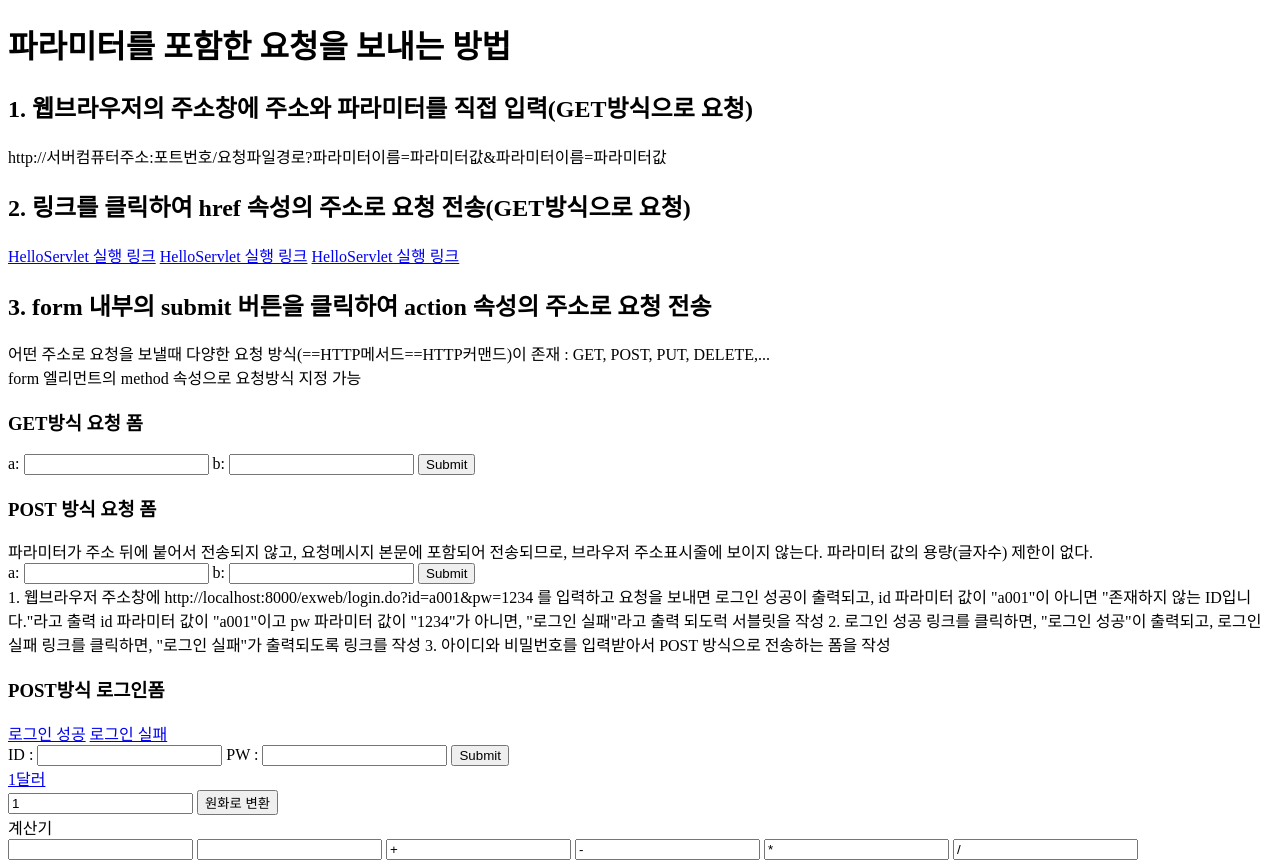
Repository: gywjd848/jeongblog
Page: workspace/exweb/WebContent/param.html
An editor plug-in stored every save of this project. The page is shown before and after the next save, followed by the edit.
The browser window is 1280 px wide. The pictures show the whole page.

Above is the page before, as saved 2020-05-15 07:49:28.

### workspace/exweb/WebContent/param.html
<!DOCTYPE html>
<html>
<head>
<meta charset="UTF-8">
<title>파라미터 테스트</title>
</head>
<body>
	<h1>파라미터를 포함한 요청을 보내는 방법</h1>
	<h2>1. 웹브라우저의 주소창에 주소와 파라미터를 직접 입력(GET방식으로 요청)</h2>
	<div>http://서버컴퓨터주소:포트번호/요청파일경로?파라미터이름=파라미터값&파라미터이름=파라미터값</div>
	<h2>2. 링크를 클릭하여 href 속성의 주소로 요청 전송(GET방식으로 요청)</h2>
	<div>
		<a href="http://localhost:8000/exweb/hello.do?a=hello&b=포로리">HelloServlet 실행 링크</a>
		<a href="/exweb/hello.do?a=hello&b=포로리">HelloServlet 실행 링크</a>
		<a href="hello.do?a=hello&b=포로리">HelloServlet 실행 링크</a>
	</div>
	<h2>3. form 내부의 submit 버튼을 클릭하여 action 속성의 주소로 요청 전송</h2>
	<div>어떤 주소로 요청을 보낼때  다양한 요청 방식(==HTTP메서드==HTTP커맨드)이 존재 : GET, POST, PUT, DELETE,...</div>
	<div>form 엘리먼트의 method 속성으로 요청방식 지정 가능</div>
	<h3>GET방식 요청 폼</h3>
	<form action="http://localhost:8000/exweb/hello.do" method="get">
		a: <input type="text" name="a"/>
		b: <input type="text" name="b"/>
		<input type="submit" />
	</form>
	<h3>POST 방식 요청 폼</h3>
	<div>파라미터가 주소 뒤에 붙어서 전송되지 않고,
		 요청메시지 본문에 포함되어 전송되므로,
		 브라우저 주소표시줄에 보이지 않는다.
		 파라미터 값의 용량(글자수) 제한이 없다.</div>
	<form action="http://localhost:8000/exweb/hello.do" method="post">
		a: <input type="text" name="a"/>
		b: <input type="text" name="b"/>
		<input type="submit" />
	</form>
	<div>
		1. 웹브라우저 주소창에
		http://localhost:8000/exweb/login.do?id=a001&pw=1234
		를 입력하고 요청을 보내면 로그인 성공이 출력되고,
		id 파라미터 값이 "a001"이 아니면 "존재하지 않는 ID입니다."라고 출력
		id 파라미터 값이 "a001"이고 pw 파라미터 값이 "1234"가 아니면,
		"로그인 실패"라고 출력 되도럭 서블릿을 작성
		2.
		로그인 성공 링크를 클릭하면, "로그인 성공"이 출력되고,
		로그인 실패 링크를 클릭하면, "로그인 실패"가 출력되도록 링크를 작성
		3.
		아이디와 비밀번호를 입력받아서 POST 방식으로 전송하는 폼을 작성
	</div>
	<h3>POST방식 로그인폼</h3>
	<div>
	<a href="http://localhost:8000/exweb/login.do?id=a001&pw=1234">로그인 성공</a>
	<a href="http://localhost:8000/exweb/login.do?id=a001&pw=1235">로그인 실패</a>
	</div>
	<form action="http://localhost:8000/exweb/login.do" method="post">
		ID : <input type="text" name="id" />
		PW : <input type="text" name="pw" />
		<input type="submit" />
	</form>
	<div>
	<a href="http://localhost:8000/exweb/exchange.do?dollar=1">1달러</a>
	</div>
	<form action="http://localhost:8000/exweb/exchange.do" method="get">
		<input type="text" name="dollar" value="1" />
		<input type="submit" value="원화로 변환"/>
	</form>
	<div>
	계산기
	</div>
	<form action="/exweb/cal.do" method="post">
		<input type="text" name="x"/>
		<input type="text" name="y"/>
		<element>
			<input type="select" value="+" />
			<input type="select" value="-" />
			<input type="select" value="*" />
			<input type="select" value="/" />
		</element>


	</form>
	</body>
</html>

After the next save:
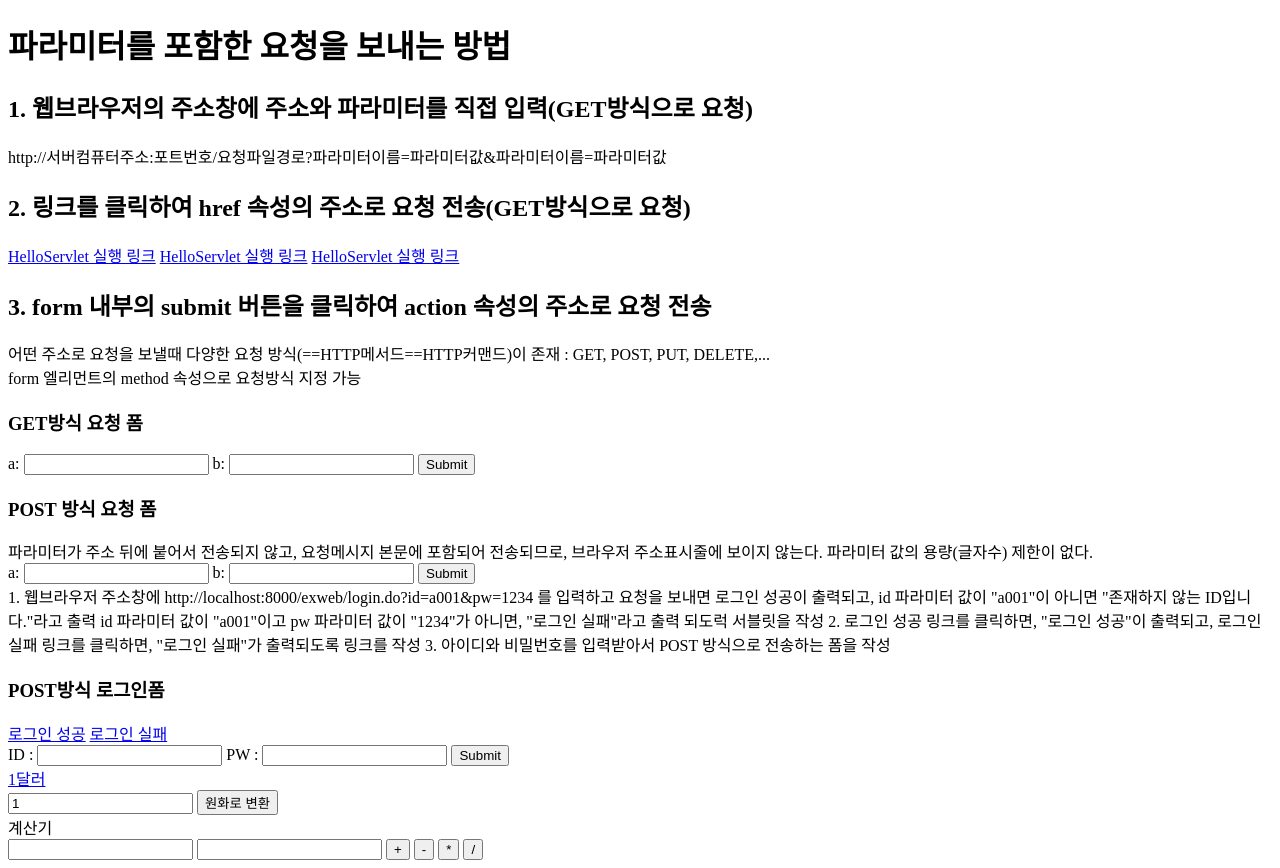
Saved 45 s later.
--- a/workspace/exweb/WebContent/param.html
+++ b/workspace/exweb/WebContent/param.html
@@ -70,10 +70,10 @@
 		<input type="text" name="x"/>
 		<input type="text" name="y"/>
 		<element>
-			<input type="select" value="+" />
-			<input type="select" value="-" />
-			<input type="select" value="*" />
-			<input type="select" value="/" />
+			<input type="submit" value="+" />
+			<input type="submit" value="-" />
+			<input type="submit" value="*" />
+			<input type="submit" value="/" />
 		</element>
 
 
